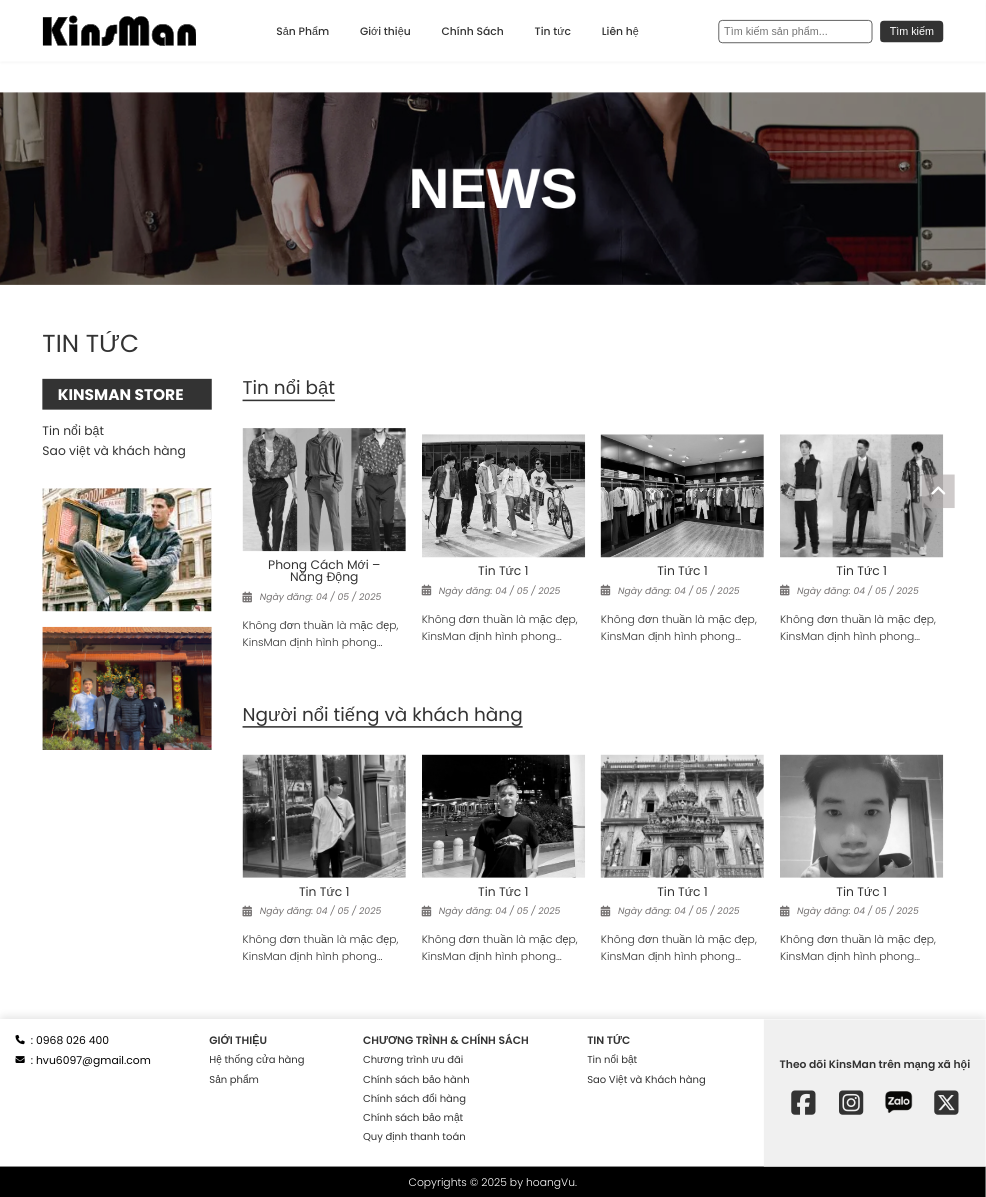
Repository: hoang28092000/kinsmanClothes
Page: category/news.html
These files come from the project's save history. The page is drawn as it stood at one moment and after the next save; the edit follows.
The browser window is 1280 px wide. The pictures show the whole page, at 77% of full size.

Above is the page before, as saved 2025-05-08 14:51:27.
Console error: TypeError: Cannot read properties of null (reading 'addEventListener')

### category/news.html
<!DOCTYPE html>
<html lang="en">
  <head>
    <meta charset="UTF-8" />
    <meta name="viewport" content="width=device-width, initial-scale=1.0" />
    <link rel="preconnect" href="https://fonts.googleapis.com" />
    <link rel="preconnect" href="https://fonts.gstatic.com" crossorigin />
    <link
      href="https://fonts.googleapis.com/css2?family=Poppins:ital,wght@0,100;0,200;0,300;0,400;0,500;0,600;0,700;0,800;0,900;1,100;1,200;1,300;1,400;1,500;1,600;1,700;1,800;1,900&display=swap"
      rel="stylesheet"
    />
    <link
      rel="stylesheet"
      href="https://cdnjs.cloudflare.com/ajax/libs/font-awesome/6.7.2/css/all.min.css"
      integrity="sha512-Evv84Mr4kqVGRNSgIGL/F/aIDqQb7xQ2vcrdIwxfjThSH8CSR7PBEakCr51Ck+w+/U6swU2Im1vVX0SVk9ABhg=="
      crossorigin="anonymous"
      referrerpolicy="no-referrer"
    />
    <link rel="stylesheet" href="../css/reset.css" />
    <link rel="stylesheet" href="../css/main.css" />
    <link rel="stylesheet" href="../css/product.css" />
    <title>KinsMan-Policy</title>
  </head>
  <body>
    <header class="header">
      <div class="container">
        <div class="content-header">
          <div class="logo">
            <a href="../index.html">
              <img
                src="../asset/logo/logo-kinsmann.svg"
                alt="KinsManClothes Logo"
              />
            </a>
          </div>
          <nav class="nav">
            <ul>
              <li><a href="./product.html">Sản Phẩm</a></li>
              <li><a href="./about-us.html">Giới thiệu</a></li>
              <li><a href="#">Chính Sách</a></li>
              <li><a href="./news.html">Tin tức</a></li>
              <li><a href="./contact.html">Liên hệ</a></li>
            </ul>
          </nav>
          <div class="search-box">
            <input type="text" placeholder="Tìm kiếm sản phẩm..." />
            <button type="submit">Tìm kiếm</button>
          </div>
        </div>
      </div>
    </header>

    <main class="main-news">
      <div class="banner-news">
        <img src="../asset/banner/banner-9.png" alt="" />
      </div>
      <div class="container">
        <h2 class="title-heading title-contact">TIN TỨC</h2>
        <div class="content-news">
          <div class="left">
            <h4>KINSMAN STORE</h4>
            <p>
              <a href="#featured-news">Tin nổi bật</a>
            </p>
            <p>
              <a href="#client">Sao việt và khách hàng</a>
            </p>
           <div class="mt40px">
            <div class="banner-left">
                <img src="../asset/image/md-1.jpg" alt="">
            </div>
            <div class="banner-left">
                <img src="../asset/image/md-2.jpg" alt="">
            </div>
           </div>
          </div>
          <div class="right">
            <div class="body-news" id="featured-news">
              <h3 class="blog-heading">Tin nổi bật</h3>
              <div class="list-news">
                <article class="card-news">
                  <a href="">
                    <div class="img-news">
                        <img src="../asset/image/news-4.png" alt="" />
                    </div>
                    <h3 class="name-news"><a href="">
                        Phong Cách Mới – Năng Động
                    </a></h3>
                  </a>
                  <div class="desc">
                    <div class="time-up">
                      <i class="fa-solid fa-calendar-days icon-time"></i>
                      <p class="desc-time">
                        Ngày đăng: 04 / 05 / 2025
                      </p>
                    </div>
                    <p class="desc_card-news">
                        Không đơn thuần là mặc đẹp, KinsMan định hình phong cách mới cho nam giới hiện đại: trẻ trung, khỏe khoắn và luôn sẵn sàng bứt phá. Từ áo thun basic đến sơ mi phối phá cách, mọi thiết kế đều hướng tới sự năng động trong từng chi tiết. Đặc biệt phù hợp với những chàng trai thích sự đơn giản nhưng vẫn “ăn điểm” trước đám đông.
                    </p>
                  </div>
                </article>
                <article class="card-news">
                  <a href="">
                    <div class="img-news">
                        <img src="../asset/image/news-2.webp" alt="" />
                    </div>
                    <h3 class="name-news"><a href="">
                        Tin Tức 1
                    </a></h3>
                  </a>
                  <div class="desc">
                    <div class="time-up">
                      <i class="fa-solid fa-calendar-days icon-time"></i>
                      <p class="desc-time">
                        Ngày đăng: 04 / 05 / 2025
                      </p>
                    </div>
                    <p class="desc_card-news">
                        Không đơn thuần là mặc đẹp, KinsMan định hình phong cách mới cho nam giới hiện đại: trẻ trung, khỏe khoắn và luôn sẵn sàng bứt phá. Từ áo thun basic đến sơ mi phối phá cách, mọi thiết kế đều hướng tới sự năng động trong từng chi tiết. Đặc biệt phù hợp với những chàng trai thích sự đơn giản nhưng vẫn “ăn điểm” trước đám đông.
                    </p>
                  </div>
                </article>
                <article class="card-news">
                  <a href="">
                    <div class="img-news">
                        <img src="../asset/image/news-3.jpg" alt="" />
                    </div>
                    <h3 class="name-news"><a href="">
                        Tin Tức 1
                    </a></h3>
                  </a>
                  <div class="desc">
                    <div class="time-up">
                      <i class="fa-solid fa-calendar-days icon-time"></i>
                      <p class="desc-time">
                        Ngày đăng: 04 / 05 / 2025
                      </p>
                    </div>
                    <p class="desc_card-news">
                        Không đơn thuần là mặc đẹp, KinsMan định hình phong cách mới cho nam giới hiện đại: trẻ trung, khỏe khoắn và luôn sẵn sàng bứt phá. Từ áo thun basic đến sơ mi phối phá cách, mọi thiết kế đều hướng tới sự năng động trong từng chi tiết. Đặc biệt phù hợp với những chàng trai thích sự đơn giản nhưng vẫn “ăn điểm” trước đám đông.
                    </p>
                  </div>
                </article>
                <article class="card-news">
                  <a href="">
                    <div class="img-news">
                        <img src="../asset/image/news-1.jpeg" alt="" />
                    </div>
                    <h3 class="name-news"><a href="">
                        Tin Tức 1
                    </a></h3>
                  </a>
                  <div class="desc">
                    <div class="time-up">
                      <i class="fa-solid fa-calendar-days icon-time"></i>
                      <p class="desc-time">
                        Ngày đăng: 04 / 05 / 2025
                      </p>
                    </div>
                    <p class="desc_card-news">
                        Không đơn thuần là mặc đẹp, KinsMan định hình phong cách mới cho nam giới hiện đại: trẻ trung, khỏe khoắn và luôn sẵn sàng bứt phá. Từ áo thun basic đến sơ mi phối phá cách, mọi thiết kế đều hướng tới sự năng động trong từng chi tiết. Đặc biệt phù hợp với những chàng trai thích sự đơn giản nhưng vẫn “ăn điểm” trước đám đông.
                    </p>
                  </div>
                </article>


              </div>
            </div>
            <div class="body-news" id="client">
              <h3 class="blog-heading">Người nổi tiếng và khách hàng</h3>
              <div class="list-news">
                <article class="card-news">
                  <a href="">
                    <div class="img-news">
                        <img src="../asset/image/celep-1.jpg" alt="" />
                    </div>
                    <h3 class="name-news"><a href="">
                        Tin Tức 1
                    </a></h3>
                  </a>
                  <div class="desc">
                    <div class="time-up">
                      <i class="fa-solid fa-calendar-days icon-time"></i>
                      <p class="desc-time">
                        Ngày đăng: 04 / 05 / 2025
                      </p>
                    </div>
                    <p class="desc_card-news">
                        Không đơn thuần là mặc đẹp, KinsMan định hình phong cách mới cho nam giới hiện đại: trẻ trung, khỏe khoắn và luôn sẵn sàng bứt phá. Từ áo thun basic đến sơ mi phối phá cách, mọi thiết kế đều hướng tới sự năng động trong từng chi tiết. Đặc biệt phù hợp với những chàng trai thích sự đơn giản nhưng vẫn “ăn điểm” trước đám đông.
                    </p>
                  </div>
                </article>
                <article class="card-news">
                  <a href="">
                    <div class="img-news">
                        <img src="../asset/image/celep-3.jpg" alt="" />
                    </div>
                    <h3 class="name-news"><a href="">
                        Tin Tức 1
                    </a></h3>
                  </a>
                  <div class="desc">
                    <div class="time-up">
                      <i class="fa-solid fa-calendar-days icon-time"></i>
                      <p class="desc-time">
                        Ngày đăng: 04 / 05 / 2025
                      </p>
                    </div>
                    <p class="desc_card-news">
                        Không đơn thuần là mặc đẹp, KinsMan định hình phong cách mới cho nam giới hiện đại: trẻ trung, khỏe khoắn và luôn sẵn sàng bứt phá. Từ áo thun basic đến sơ mi phối phá cách, mọi thiết kế đều hướng tới sự năng động trong từng chi tiết. Đặc biệt phù hợp với những chàng trai thích sự đơn giản nhưng vẫn “ăn điểm” trước đám đông.
                    </p>
                  </div>
                </article>
                <article class="card-news">
                  <a href="">
                    <div class="img-news">
                        <img src="../asset/image/celep-5.jpg" alt="" />
                    </div>
                    <h3 class="name-news"><a href="">
                        Tin Tức 1
                    </a></h3>
                  </a>
                  <div class="desc">
                    <div class="time-up">
                      <i class="fa-solid fa-calendar-days icon-time"></i>
                      <p class="desc-time">
                        Ngày đăng: 04 / 05 / 2025
                      </p>
                    </div>
                    <p class="desc_card-news">
                        Không đơn thuần là mặc đẹp, KinsMan định hình phong cách mới cho nam giới hiện đại: trẻ trung, khỏe khoắn và luôn sẵn sàng bứt phá. Từ áo thun basic đến sơ mi phối phá cách, mọi thiết kế đều hướng tới sự năng động trong từng chi tiết. Đặc biệt phù hợp với những chàng trai thích sự đơn giản nhưng vẫn “ăn điểm” trước đám đông.
                    </p>
                  </div>
                </article>
                <article class="card-news">
                  <a href="">
                    <div class="img-news">
                        <img src="../asset/image/celep-7.jpg" alt="" />
                    </div>
                    <h3 class="name-news"><a href="">
                        Tin Tức 1
                    </a></h3>
                  </a>
                  <div class="desc">
                    <div class="time-up">
                      <i class="fa-solid fa-calendar-days icon-time"></i>
                      <p class="desc-time">
                        Ngày đăng: 04 / 05 / 2025
                      </p>
                    </div>
                    <p class="desc_card-news">
                        Không đơn thuần là mặc đẹp, KinsMan định hình phong cách mới cho nam giới hiện đại: trẻ trung, khỏe khoắn và luôn sẵn sàng bứt phá. Từ áo thun basic đến sơ mi phối phá cách, mọi thiết kế đều hướng tới sự năng động trong từng chi tiết. Đặc biệt phù hợp với những chàng trai thích sự đơn giản nhưng vẫn “ăn điểm” trước đám đông.
                    </p>
                  </div>
                </article>


              </div>
            </div>
          </div>
        </div>
      </div>
    </main>
    <footer class="footer">
      <div class="content-footer">
        <ul class="info-footer">
          <li class="contact-footer">
            <i class="fa-solid fa-phone icon-footer"></i>
            <p>: 0968 026 400</p>
          </li>
          <li class="contact-footer">
            <i class="fa-solid fa-envelope icon-footer"></i>
            <p>: hvu6097@gmail.com</p>
          </li>
        </ul>
        <ul class="info-footer">
          <li class="title-footer">GIỚI THIỆU</li>
          <li>
            <a href="./about-us.html"> Hệ thống cửa hàng </a>
          </li>
          <li>
            <a href="#"> Sản phẩm </a>
          </li>
        </ul>
        <ul class="info-footer">
          <li class="title-footer">CHƯƠNG TRÌNH & CHÍNH SÁCH</li>
          <li>
            <a href="./policy.html">Chương trình ưu đãi</a>
          </li>
          <li>
            <a href="./policy.html">Chính sách bảo hành</a>
          </li>
          <li>
            <a href="./policy.html">Chính sách đổi hàng</a>
          </li>
          <li>
            <a href="./policy.html">Chính sách bảo mật</a>
          </li>
          <li>
            <a href="./policy.html">Quy định thanh toán</a>
          </li>
        </ul>
        <ul class="info-footer">
          <li class="title-footer">TIN TỨC</li>
          <li>
            <a href="./news.html">Tin nổi bật</a>
          </li>
          <li>
            <a href="./news.html">Sao Việt và Khách hàng</a>
          </li>
        </ul>
        <ul class="footer-social">
          <li class="title-footer">Theo dõi KinsMan trên mạng xã hội</li>
          <li class="links-social">
            <a href="https://www.facebook.com/profile.php?id=100008725181742">
              <i class="fa-brands fa-square-facebook icon-social"></i>
            </a>
            <a href="https://www.instagram.com/hoagkins/"
              ><i class="fa-brands fa-square-instagram icon-social"></i
            ></a>
            <a href="zalo.me/0968026400"
              ><img
                src="../asset/icon/icon-zalo2.png"
                class="img-zalo"
                alt="ZALO"
            /></a>
            <a href="https://x.com/kinsman2809"
              ><i class="fa-brands fa-square-x-twitter icon-social"></i
            ></a>
          </li>
        </ul>
      </div>
      <div class="copy_right">
        <h3>Copyrights © 2025 by hoangVu.</h3>
      </div>
    </footer>

    <div class="up-page">
      <a href="#"><i class="fa-solid fa-angle-up icon-up"></i></a>
    </div>

    <script src="./js/main.js"></script>
  </body>
</html>

### css/product.css
.main-product {
  margin-top: 80px;
}
.banner-product {
  width: 100%;
  height: 250px;
}
.banner-product img {
  width: 100%;
  height: 100%;
}
.category-product {
  margin-bottom: 70px;
}

.list-product {
  display: flex;
  justify-content: space-between;
  align-items: center;
  gap: 30px;
}
.product-link {
  text-decoration: none;
}
.product-card {
  width: 288px;
}
.img-product {
  width: 100%;
  height: 290px;
  overflow: hidden;
}
.img-product img {
  width: 100%;
  height: 100%;
  transition: transform 0.3s ease;
}
.img-product img:hover {
  transform: scale(1.1);
}
.info-card {
  padding: 10px 20px;
}
.info-card h3 {
  text-align: center;
  font-size: 1.6rem;
  color: var(--text-color);
}
.price {
  font-size: 1.4rem;
  color: var(--primary-color);
  font-weight: 600;
  text-align: center;
  margin-top: 8px;
}
.more-product {
  width: 160px;
  height: 40px;
  display: flex;
  justify-content: center;
  align-items: center;
  margin: 30px auto 0;
  background-color: #333;
  color: #fff;
  text-decoration: none;
  font-size: 1.4rem;
  border: 1px solid #333;
  transition: all 0.7s ease;
  border-radius: 5px;
}
.more-product:hover {
  background-color: #fff;
  color: #333;
}
.banner-main_second {
  width: 100%;
  height: 250px;
}

.banner-main_second img {
  width: 100%;
  height: 100%;
}

/* main_about-us */
.main-news,
.main-contact,
.main-policy,
.main_about-us {
  margin-top: 120px;
}
.content-policy .passage,
.content_about-us .passage {
  margin-bottom: 32px;
}
.content-policy h3,
.content_about-us h3 {
  font-size: 1.8rem;
  font-weight: 500;
  color: var(--text-color);
  line-height: 1.76;
  margin-bottom: 12px;
}
.content-policy p,
.content_about-us p {
  font-size: 1.6rem;
  color: #333;
  line-height: 1.85;
  margin-bottom: 10px;
  text-align: justify;
}

.map {
  position: relative;
  width: 100%;
  height: 400px;
  margin-top: 40px;
}
.map a {
  text-decoration: none;
}
.map img {
  width: 100%;
  height: 100%;
  object-fit: cover;
}
.overlay-map {
  position: absolute;
  top: 0;
  bottom: 0;
  right: 0;
  left: 0;
  display: none;
  background-color: rgba(73, 71, 71, 0.4);
}
.overlay-map h3 {
  font-size: 2.8rem;
  color: #fff;
}

.map:hover .overlay-map {
  display: flex;
  justify-content: center;
  align-items: center;
}

/* policy */
.content-policy ul {
  padding-left: 30px;
  list-style-type: disc;
}
.content-policy li {
  font-size: 1.6rem;
  color: #333;
  margin-bottom: 16px;
}
/* contact */
.banner-contact {
  width: 100%;
  height: 250px;
}
.banner-contact img {
  width: 100%;
  height: 100%;
  object-fit: cover;
}
.content-contact {
  margin-top: 70px;
}
.info-contact {
  display: flex;
  justify-content: space-between;
  align-items: center;
  gap: 60px;
}
.info-contact .left,
.info-contact .right {
  width: 550px;
}
.info-contact .left {
  padding: 20px 0;
}
.item-contact {
  display: flex;
  align-items: center;
  gap: 10px;
  margin-bottom: 20px;
}
.item-contact:last-child {
  margin-bottom: 0;
}
.item-contact i {
  font-size: 1.6rem;
  color: #333;
}
.item-contact p {
  font-size: 1.6rem;
  font-weight: 300;
  color: #333;
}

.info-contact .right img {
  width: 100%;
}
.map-contact {
  height: 250px;
}
.title-contact {
  text-align: start;
  margin-bottom: 30px;
}

/* news */
.banner-news {
  width: 100%;
  height: 250px;
  margin-bottom: 60px;
}
.banner-news img {
  width: 100%;
  height: 100%;
  object-fit: cover;
}
.content-news {
  display: flex;
  justify-content: space-between;
}
.content-news .left {
  width: 220px;
}

.content-news .left h4 {
  width: 100%;
  font-size: 2rem;
  color: #fff;
  font-weight: 700;
  background-color: #333;
  padding: 10px 20px;
  margin-bottom: 20px;
}

.content-news .left p{
  margin-bottom: 10px;
}
.content-news .left a {
  text-decoration: none;
  font-size: 1.6rem;
  color: #333;
}
.content-news .left a:hover {
  text-decoration: underline;
}

.content-news .right {
  flex: 1;
  margin-left: 40px;
}
.blog-heading {
  font-size: 2.4rem;
  color: #333;
  text-decoration: underline;
  text-underline-offset: 7px;
  text-decoration-thickness: 2px;
  margin-bottom: 40px;
}
.list-news {
  display: grid;
  grid-template-columns: repeat(4, 212px);
  gap: 20px;
}
.list-news .card-news {
  width: 100%;
}

.list-news .img-news {
  width: 100%;
  height: 160px;
  overflow: hidden;
}
.list-news .img-news img {
  width: 100%;
  height: 100%;
  object-fit: cover;
  transition: transform 0.3s ease;
}
.list-news .img-news img:hover {
  transform: scale(1.1);
}
.name-news {
  text-align: center;
  padding: 10px;
}
.name-news a {
  font-size: 1.6rem;
  color: #333;
  text-decoration: none;
}

.name-news a:hover {
  color: var(--primary-color);
}
.time-up {
  display: flex;
  align-items: center;
  gap: 10px;
  margin-bottom: 20px;
}
.icon-time {
  font-size: 1.4rem;
  color: #757272;
}
.desc-time {
  font-style: italic;
  color: #757272;
  font-size: 1.2rem;
}
.desc_card-news {
  display: -webkit-box;
  -webkit-line-clamp: 2;
  -webkit-box-orient: vertical;
  overflow: hidden;
  text-overflow: ellipsis;
  font-size: 1.4rem;
  color: #333;
  font-weight: 300;
  line-height: 1.57;
}

#client{
  margin-top: 70px;
}
.content-news .banner-left{
  width: 100%;
  height: 160px;
  overflow: hidden;
  margin-bottom: 20px;
}

.content-news .banner-left img{
  width: 100%;
  height: 100%;
  object-fit: cover;
  transition: transform 0.3s ease;
}
.content-news .banner-left img:hover{
  transform: scale(1.1);
}
.mt40px{
  margin-top: 40px;
}

Loaded but not shown: css/reset.css (common file); js/main.js (19 lines, source omitted); css/main.css (480 lines, source omitted)

After the next save:
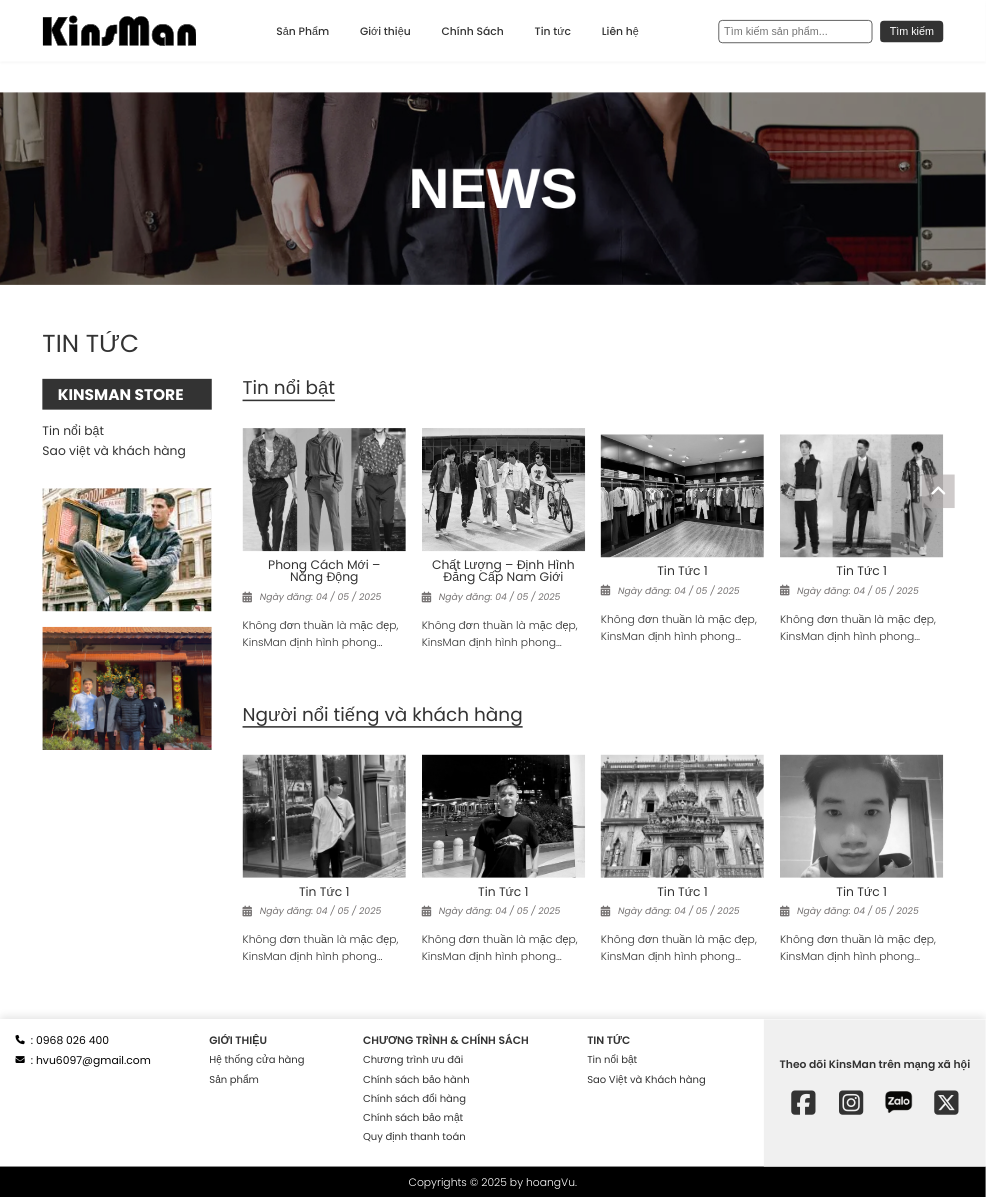
Saved 12 s later.
--- a/category/news.html
+++ b/category/news.html
@@ -105,7 +105,7 @@
                         <img src="../asset/image/news-2.webp" alt="" />
                     </div>
                     <h3 class="name-news"><a href="">
-                        Tin Tức 1
+                        Chất Lượng – Định Hình Đẳng Cấp Nam Giới
                     </a></h3>
                   </a>
                   <div class="desc">
